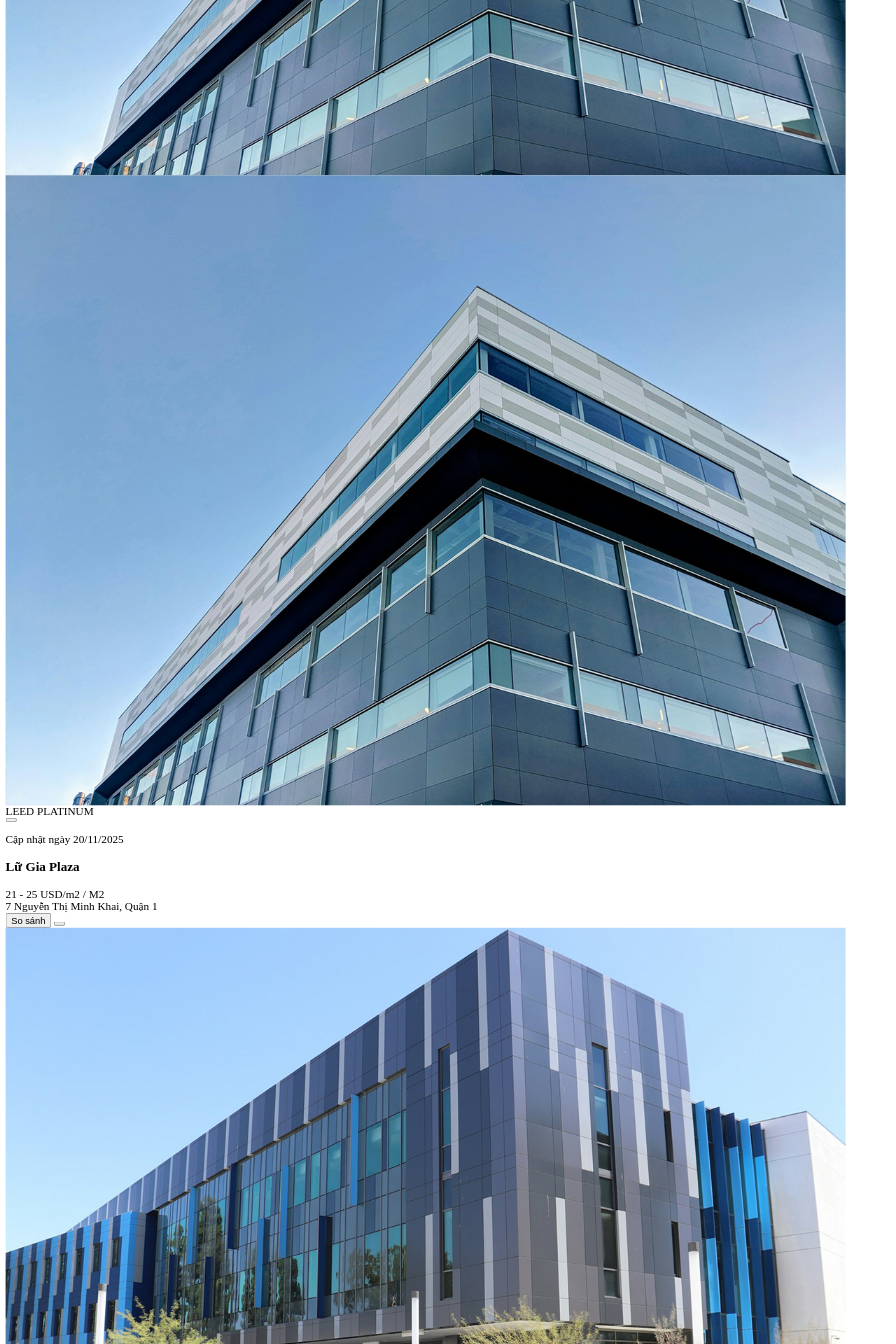
Repository: lannguyen1301/anphuholdings-main
Page: partials/office-rental/office-rental-ward-thu-duc.html
An editor plug-in stored every save of this project. The page is shown before and after the next save, followed by the edit.
The browser window is 1280 px wide. The pictures show the part of the page from y = 3949 to 5869 px (the page is 9579 px tall before and 8679 px after), at 70% of full size.

Above is the page before, as saved 2025-12-31 15:59:53.

After the next save:
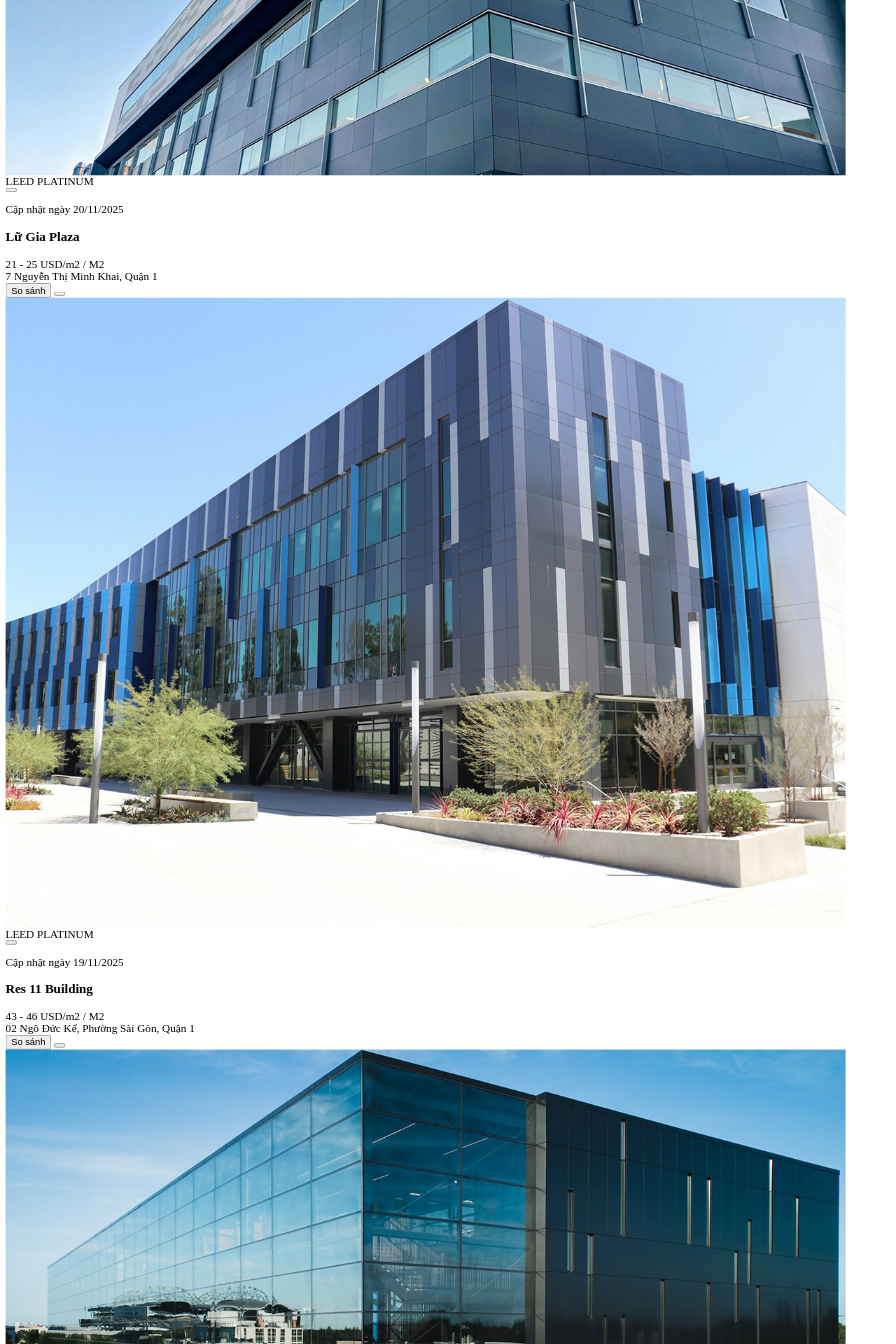
Saved 36 s later.
--- a/partials/office-rental/office-rental-ward-thu-duc.html
+++ b/partials/office-rental/office-rental-ward-thu-duc.html
@@ -184,10 +184,6 @@
                                 class="block w-full h-full object-cover aspect-4/3">
                         </div>
                     </a>
-                    <div class="flex h-48 items-center justify-center bg-slate-200">
-                        <img src="assets/images/detail/detail-36.jpg" alt=""
-                            class="block w-full h-full object-cover aspect-4/3">
-                    </div>
                     <div class="absolute left-3 top-3 rounded bg-gold px-2 py-1 text-xs font-semibold text-white">
                         LEED PLATINUM
                     </div>
@@ -230,11 +226,13 @@
             <div class="swiper-slide flex-shrink-0 overflow-hidden rounded-2xl shadow-md transition hover:shadow-xl border-4"
                 style="width: 292px;" data-aos="fade-right">
                 <div class="relative overflow-hidden">
-                    <div class="flex h-48 items-center justify-center bg-slate-200">
-                        <img src="assets/images/detail/detail-37.jpg" alt=""
-                            class="block w-full h-full object-cover aspect-4/3">
-                        <!-- <i class="fas fa-image text-5xl text-gray-400"></i> -->
-                    </div>
+                    <a href="van-phong-tron-goi-detail.html">
+                        <div class="flex h-48 items-center justify-center bg-slate-200">
+                            <img src="assets/images/detail/detail-37.jpg" alt=""
+                                class="block w-full h-full object-cover aspect-4/3">
+                            <!-- <i class="fas fa-image text-5xl text-gray-400"></i> -->
+                        </div>
+                    </a>
                     <div class="absolute left-3 top-2 rounded bg-gold px-2 py-1 text-xs font-semibold text-white">
                         LEED PLATINUM
                     </div>
